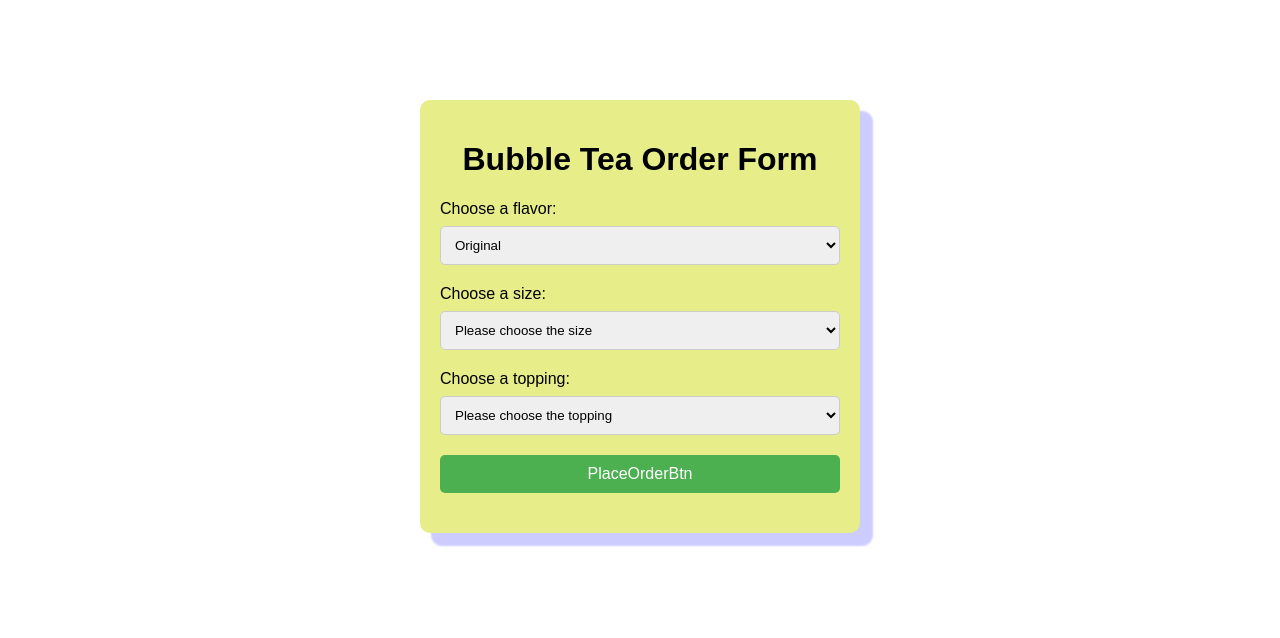
Repository: liulian26/CS5610
Page: lab3/index.html
The author's editor kept a copy of each file at every save. The page is drawn from the files as they stood at one save, then again after the next save.
The browser window is 1280 px wide. The pictures show the whole page.

Above is the page before, as saved 2025-01-30 20:32:07.

### lab3/index.html
<!DOCTYPE html>
<html lang="en">
  <head>
    <meta charset="utf-8" />
    <title>Bubble Tea ordering system</title>
    <link rel="stylesheet" href="css/styles.css" />
    <script defer src="js/script.js"></script>
  </head>

  <body>
    <main>
      <form id="bubbleTeaForm">
        <h1>Bubble Tea Order Form</h1>

        <!--- choose a flavor -->
        <label for="flavor">Choose a flavor:</label>
        <select id="flavor">
          <option value="original">Original</option>
          <option value="mango">Mango</option>
          <option value="strawberry">Strawberry</option>
        </select>

        <!--- choose a size -->
        <label for="size">Choose a size:</label>
        <select id = "size">
        <option value="" disabled selected>Please choose the size</option>
          <option value="small">Small</option>
          <option value="medium">Medium</option>
          <option value="large">Large</option>
        </select>

        <!--- choose a topping -->
        <label for="topping">Choose a topping:</label>
        <select id="topping" mutiple>
            <option value="" disabled selected>Please choose the topping</option>
            <option value="boba">Boba</option>
            <option value="jelly">Jelly</option>
            <option value="pudding">Pudding</option>
        </select>

        <!-- submit the order-->
        <button type="Place Order">PlaceOrderBtn</button>

      </form>
    </main>
  </body>
</html>

### lab3/css/styles.css
body{
    background-color: white;
    font-family: Arial, sans-serif;
    text-align: center;
}

form{
    background-color: #e6ed89;
    max-width: 400px;
    border-radius: 10px;
    box-shadow: 12px 12px 2px 1px rgba(0, 0, 255, .2);
    padding: 20px;
    margin: 100px auto;
}

label{
    display: block;
    margin-bottom: 8px;
    text-align: left;
}

select, button {
    width: 100%;
    padding: 10px;
    margin-bottom: 20px;
    border-radius: 5px;
    border: 1px solid #ccc;
}

button{
    background-color: #4CAF50;
    color: white;
    border: none;
    cursor: pointer;
    font-size: 16px;
}

button:hover{
    background-color: #45a049;
}

### week4/js/script.js
// let user;
// do{let user = prompt("What is your name?");
// } while (isNaN(user) === false || user.length === 1);

// console.log(typeof user);

let students = [
    {
        name: "Cristian",
        age: 30,
        location: "Vancouver"
     },
     {
        name: "James",
        age: 40,
        location: "Toronto"
     },
     {
        name: "Garry",
        age: 20,
        location: "Vancouver"
     },
];

// function that student is in Vancouver
function findstudentinvancouver() {
    let vancouverStudents = [];
    for(let i = 0; i < students.length; i++){
        if(students[i].location === "Vancouver"){
            // console.log student name lives in Vancouver
            console.log('${student[i].name} lives in  ${student[i].location}');
            vancouverStudents.push(students[i]);
            }
        }
        return vancouverStudents;
}

const returnedArray = findstudentinvancouver();
console.log(returnedArray);

After the next save:
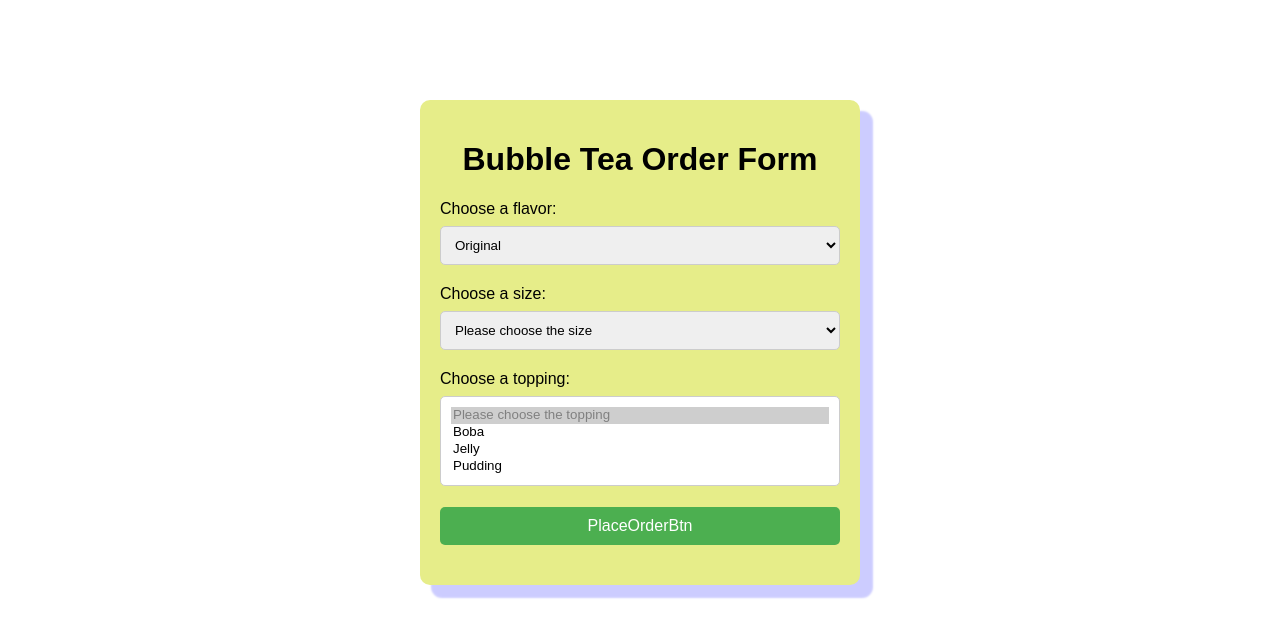
Saved 2 min 14 s later.
--- a/lab3/index.html
+++ b/lab3/index.html
@@ -31,7 +31,7 @@
 
         <!--- choose a topping -->
         <label for="topping">Choose a topping:</label>
-        <select id="topping" mutiple>
+        <select id="topping" multiple>
             <option value="" disabled selected>Please choose the topping</option>
             <option value="boba">Boba</option>
             <option value="jelly">Jelly</option>
